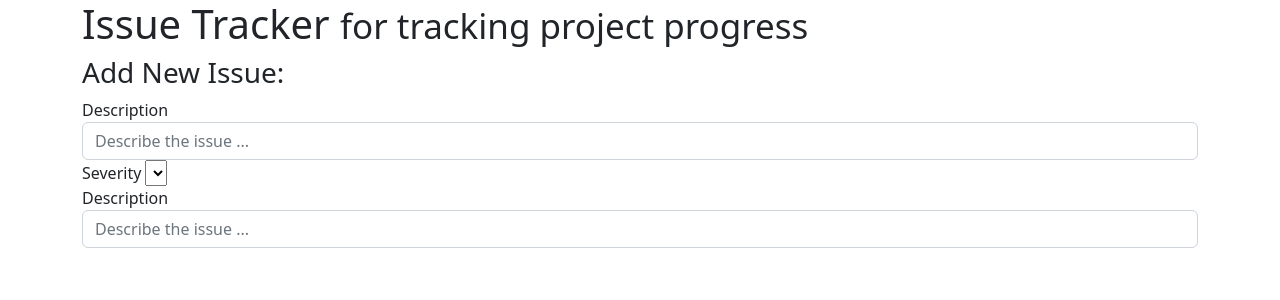
Repository: dvynchi/issue-tracker
Page: index.html
These files come from the project's save history. The page is drawn as it stood at one moment and after the next save; the edit follows.
The browser window is 1280 px wide. The pictures show the whole page.

Above is the page before, as saved 2022-08-19 11:58:13.

### index.html
<!DOCTYPE html>
<html lang="en">
<head>
    <meta charset="UTF-8">
    <!-- <meta http-equiv="X-UA-Compatible" content="IE=edge">
    <meta name="viewport" content="width=device-width, initial-scale=1.0"> -->
    <title>Issue Tracker</title>
    <link href="https://cdn.jsdelivr.net/npm/bootstrap@5.2.0/dist/css/bootstrap.min.css" rel="stylesheet" integrity="sha384-gH2yIJqKdNHPEq0n4Mqa/HGKIhSkIHeL5AyhkYV8i59U5AR6csBvApHHNl/vI1Bx" crossorigin="anonymous">


</head>
<body>

    <div class="container">
        <h1>Issue Tracker <small>for tracking project progress</small></h1>
        <!-- Input form -->
        <div class="jumbotron">
            <h3>Add New Issue:</h3>
            <form id="issueInputForm">
                <div class="form-group">
                    <label for="issueDescInput">Description</label>
                    <input type="text" class="form-control" id="issueDescInput" placeholder="Describe the issue ...">
                </div>

                <div class="form-group">
                    <label for="issueServrityInput">Severity</label>
                    <!-- dropdown list -->
                    <select id="issueSeverityInput"></select>

                </div>

                <div class="form-group">
                    <label for="issueDescInput">Description</label>
                    <input type="text" class="form-control" id="issueDescInput" placeholder="Describe the issue ...">
                </div>
            </form>
        </div>


    </div>









    <script src="main.js"></script>
    <!-- DEPENDENCIES -->
    <!-- Include chance library to generate unique id -->
    <script src="https://chancejs.com/chance.min.js"></script>
    <script src="https://cdn.jsdelivr.net/npm/bootstrap@5.2.0/dist/js/bootstrap.bundle.min.js" integrity="sha384-A3rJD856KowSb7dwlZdYEkO39Gagi7vIsF0jrRAoQmDKKtQBHUuLZ9AsSv4jD4Xa" crossorigin="anonymous"></script>
</body>
</html>

Loaded but not shown: main.js (no copy from this time; the picture is the same without it)

After the next save:
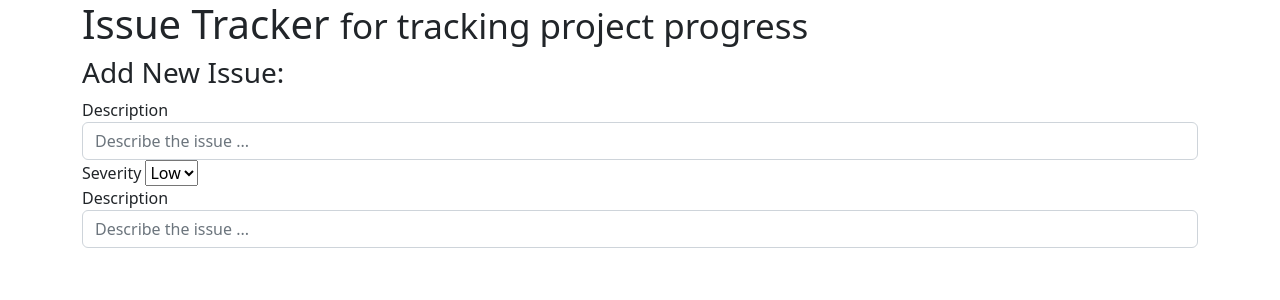
Saved 89 s later.
--- a/index.html
+++ b/index.html
@@ -25,7 +25,11 @@
                 <div class="form-group">
                     <label for="issueServrityInput">Severity</label>
                     <!-- dropdown list -->
-                    <select id="issueSeverityInput"></select>
+                    <select id="issueSeverityInput">
+                        <option value="Low">Low</option>
+                        <option value="Low">Low</option>
+                        <option value="Low">Low</option>
+                    </select>
 
                 </div>
 
